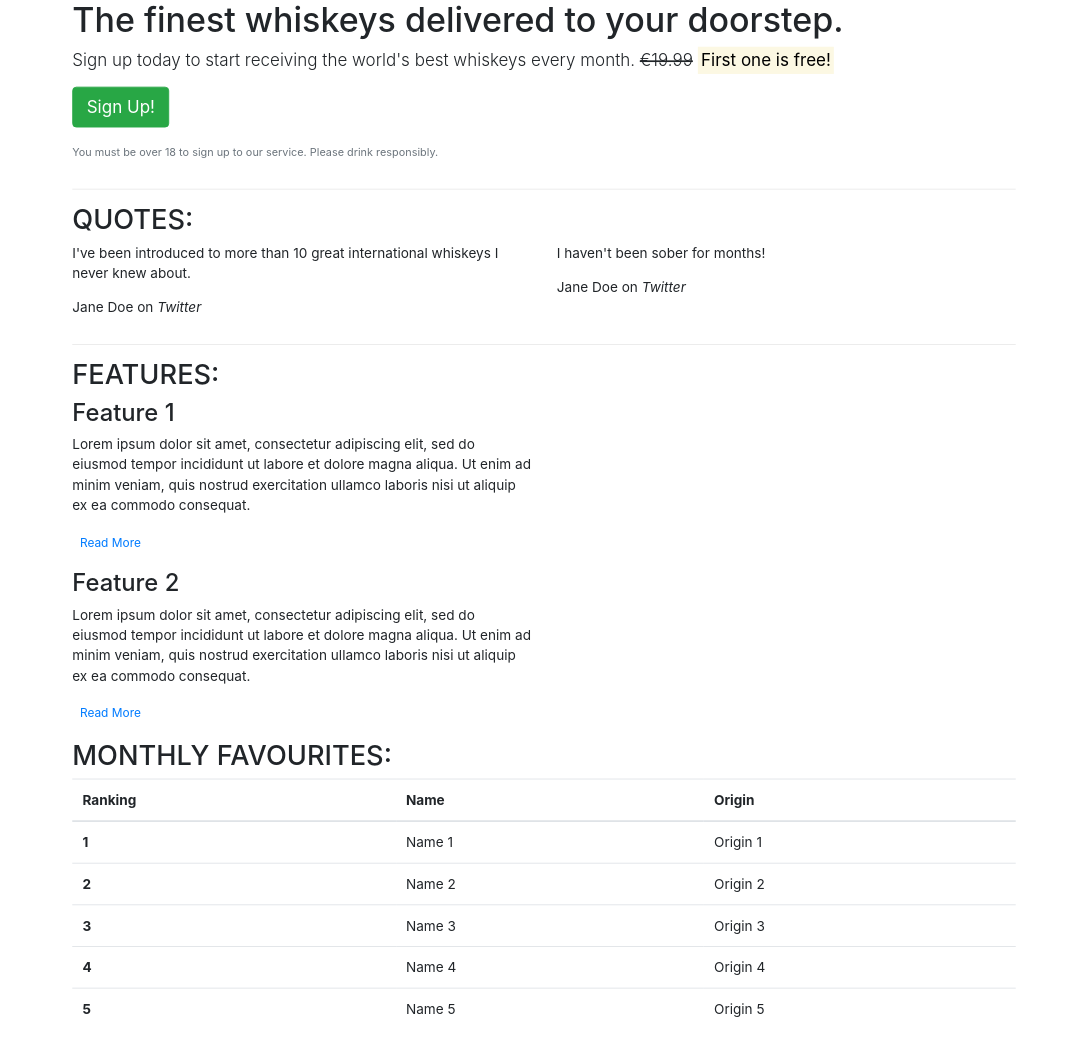
Repository: ElaineArchbold/bootstrap_landing_page1
Page: index.html
The author's editor kept a record of every edit. The page is drawn from the files as they stood at one moment, then again after the next edit.
The browser window is 1280 px wide. The pictures show the whole page, at 85% of full size.

Above is the page before.

After the next edit:
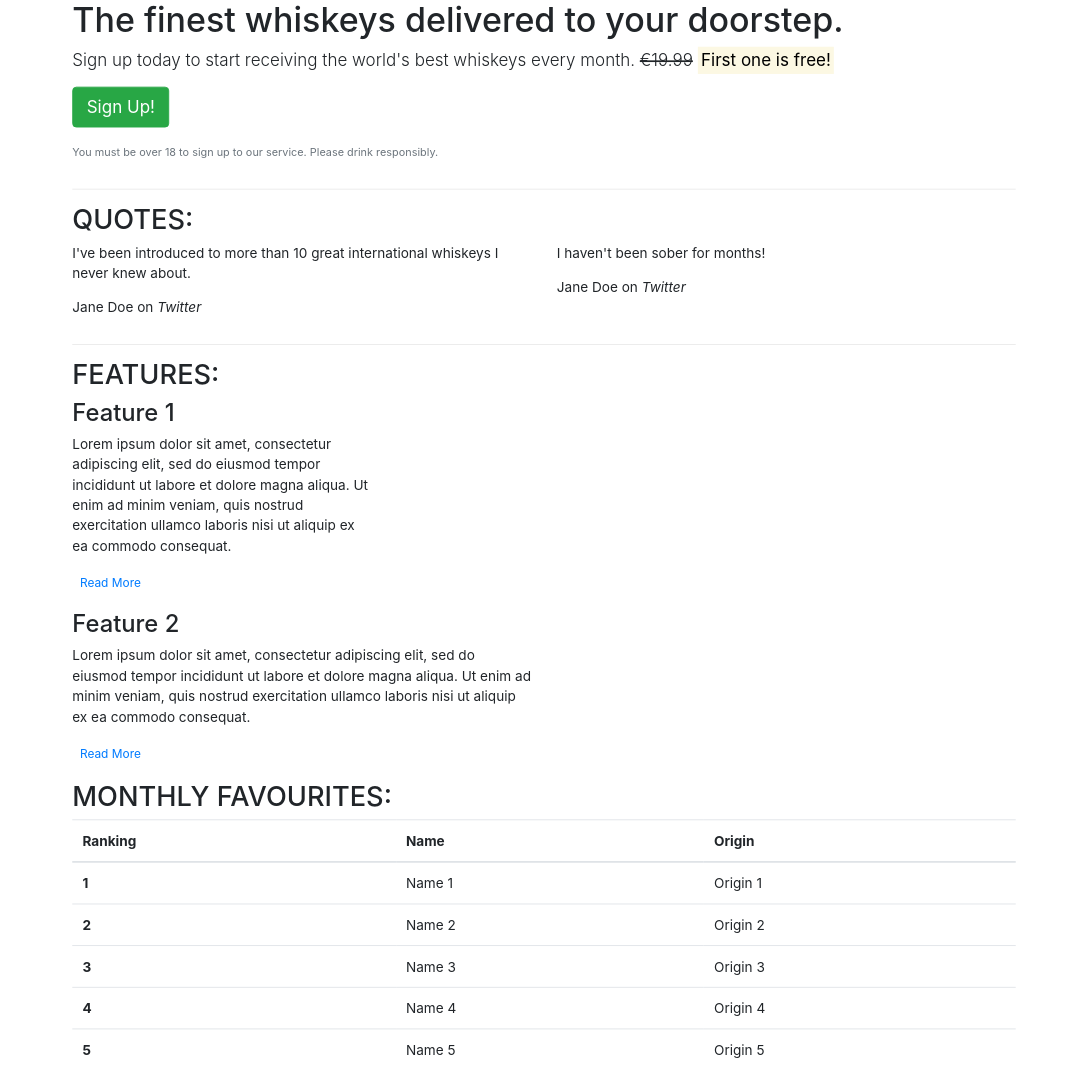
The edit:
--- a/index.html
+++ b/index.html
@@ -33,6 +33,7 @@
             </div>
             <div class="row">
                 <div class="col-12 col-md-6">
+                    <!--this makes the quotes side by side on a medium screen-->
                     <blockquote class="quote">
                         <p>I've been introduced to more than 10 great international whiskeys I never knew about.</p>
                         <footer>Jane Doe on <cite title="Twitter">Twitter</cite></footer>
@@ -57,7 +58,8 @@
                 </div>
             </div>
             <div class="row">
-                <div class="col-12 col-md-6">
+                <div class="col-12 col-md-6 col-lg-4">
+                    <!--this will keep the features side by side but make them occupy a third of the row-->
                     <div class="feature">
                         <h3>Feature 1</h3>
                         <p>Lorem ipsum dolor sit amet, consectetur adipiscing elit, sed do eiusmod tempor incididunt ut labore et dolore magna aliqua. Ut enim ad minim veniam, quis nostrud exercitation ullamco laboris nisi ut aliquip ex ea commodo consequat.</p>
@@ -72,7 +74,8 @@
                     </div>
                 </div>
                 <div class="feature">
-                    <div class="col-12 d-md-none"> <!-- on a medium screen, this wont be displayed -->
+                    <div class="col-12 d-md-none">
+                        <!-- on a medium screen, this wont be displayed -->
                         <h3>Feature 3</h3>
                         <p>Lorem ipsum dolor sit amet, consectetur adipiscing elit, sed do eiusmod tempor incididunt ut labore et dolore magna aliqua. Ut enim ad minim veniam, quis nostrud exercitation ullamco laboris nisi ut aliquip ex ea commodo consequat.</p>
                         <p><a class="btn btn-sm btn-default" href="">Read More</a></p>
